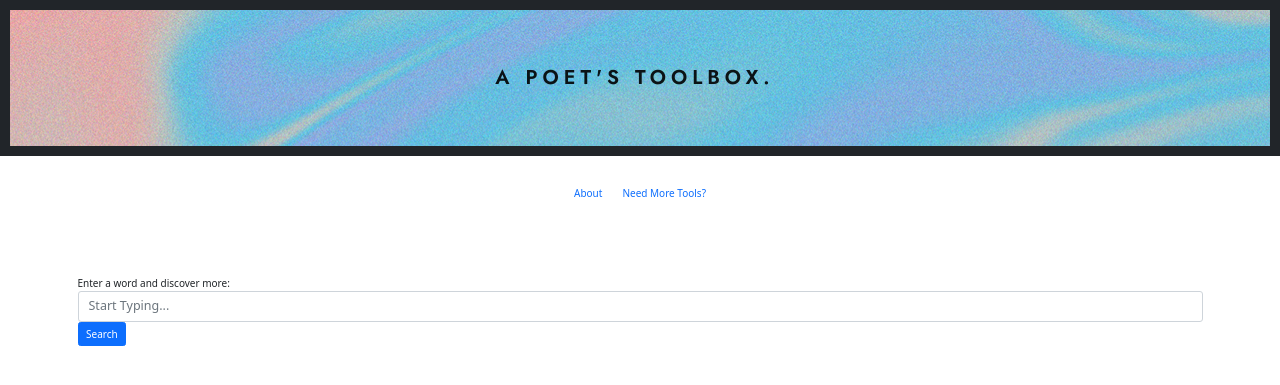
Repository: eezife-wustl/10-final-project-individual-eezife-wustl
Page: index.html
An editor plug-in stored every save of this project. The page is shown before and after the next save, followed by the edit.
The browser window is 1280 px wide. The pictures show the whole page.

Above is the page before, as saved 2021-12-03 20:10:44.

After the next save:
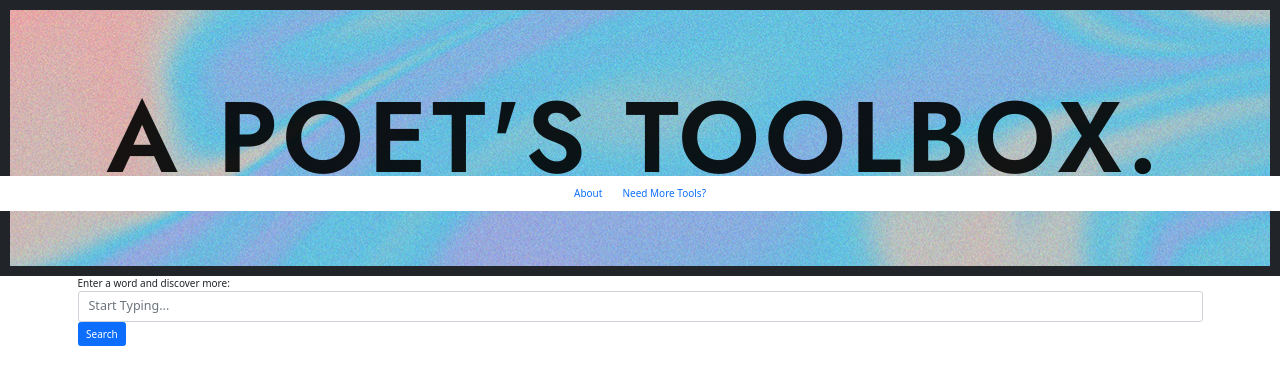
Saved 86 s later.
--- a/style.css
+++ b/style.css
@@ -42,7 +42,7 @@
 .navbar-brand {
     font-family: 'Jost Semi';
     letter-spacing: .5rem;
-    font-size: 2em;
+    font-size: 10em;
 }
 
 #poetsLink {
